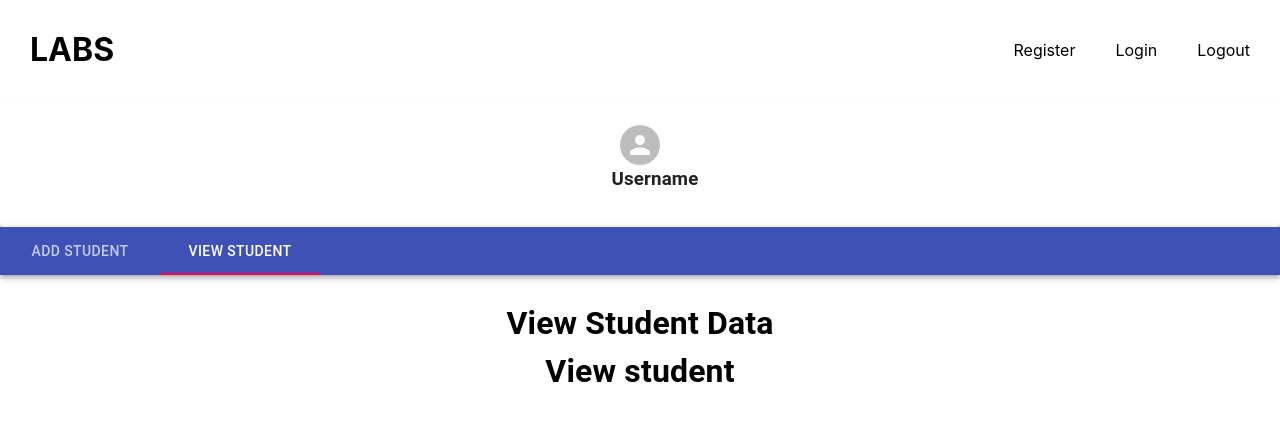
Repository: Prafullkuma/labsdata
Page: /admin, after clicking the first element matching `#simple-tab-1`
These files come from the project's save history. The page is drawn as it stood at one moment and after the next save; the edit follows.
The browser window is 1280 px wide. The pictures show the whole page.
The page's requests for data from a server got no answer. The project was rebuilt for these pictures with package versions that can differ from the ones it lists, and the page was loaded fresh each time. No one was signed in, and anything a server would have sent is missing. Also part of the build but not shown: src/Component/Main.js, src/Auth/Login.js, src/Auth/Signup.js, src/Auth/Logout.js.

Above is the page before, as saved 2020-08-25 19:15:39.

After the next save:
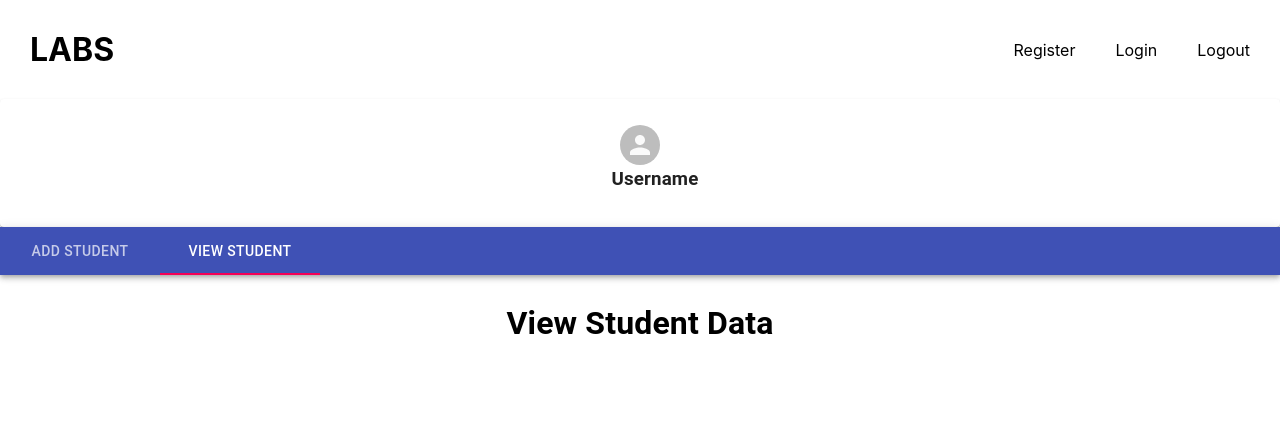
Saved 108 s later.
--- a/src/Component/Student/ViewStudent.js
+++ b/src/Component/Student/ViewStudent.js
@@ -14,7 +14,7 @@ function ViewStudent() {
         <div>
             {console.log(allData.map(id => console.log(id.id)))}
             {console.log(allData.map(id => console.log(id.allData.name)))}
-            <h1>View student</h1>
+
         </div >
     )
 }
